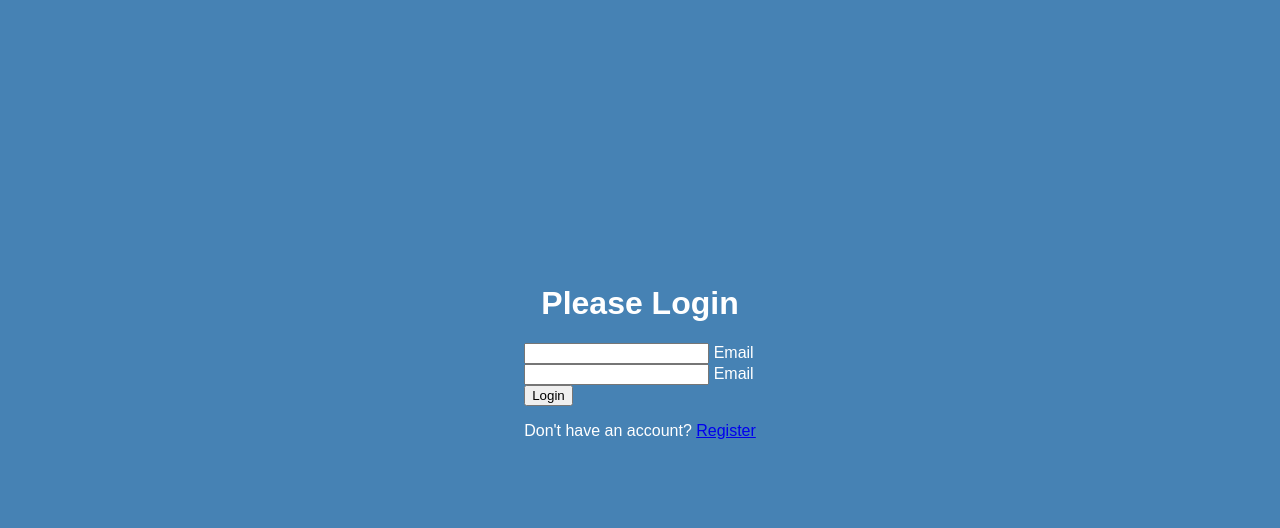
Repository: eagle-tex/50-projects-BT
Page: 08-form-wave-animation/index.html
An editor plug-in stored every save of this project. The page is shown before and after the next save, followed by the edit.
The browser window is 1280 px wide. The pictures show the whole page.
Some web fonts or font styles are not loaded; a fallback is used.

Above is the page before, as saved 2021-01-07 23:20:23.

### 08-form-wave-animation/index.html
<!DOCTYPE html>
<html lang="en">

<head>
  <meta charset="UTF-8" />
  <meta name="viewport" content="width=device-width, initial-scale=1.0" />
  <link rel="stylesheet" href="style.css" />
  <title>Form Input Wave</title>
</head>

<body>
  <h1>Please Login</h1>
  <form action="">
    <div class="form-control">
      <input type="text" required>
      <label for="">Email</label>
    </div>

    <div class="form-control">
      <input type="text" required>
      <label for="">Email</label>
    </div>

    <button class="btn">Login</button>

    <p class="text">Don't have an account?
      <a href="#">Register</a>
    </p>
  </form>

  <script src="script.js"></script>
</body>

</html>

### 08-form-wave-animation/style.css
@import url('https://fonts.googleapis.com/css?family=Muli&display=swap');

* {
  box-sizing: border-box;
}

body {
  background-color: steelblue;
  color: #fff;
  font-family: 'Muli', sans-serif;
  display: flex;
  flex-direction: column;
  align-items: center;
  justify-content: center;
  height: 100vh;
  overflow: hidden;
  margin: 0;
}

.container {
  background-color: rgba(0, 0, 0, 0.4);
  padding: 20px 40px;
  border-radius: 5px;
  -webkit-border-radius: 5px;
  -moz-border-radius: 5px;
  -ms-border-radius: 5px;
  -o-border-radius: 5px;
}

.container h1 {
  text-align: center;
  margin-bottom: 30px;
}

Loaded but not shown: 08-form-wave-animation/script.js (no stored copy; drawn as an empty file)

After the next save:
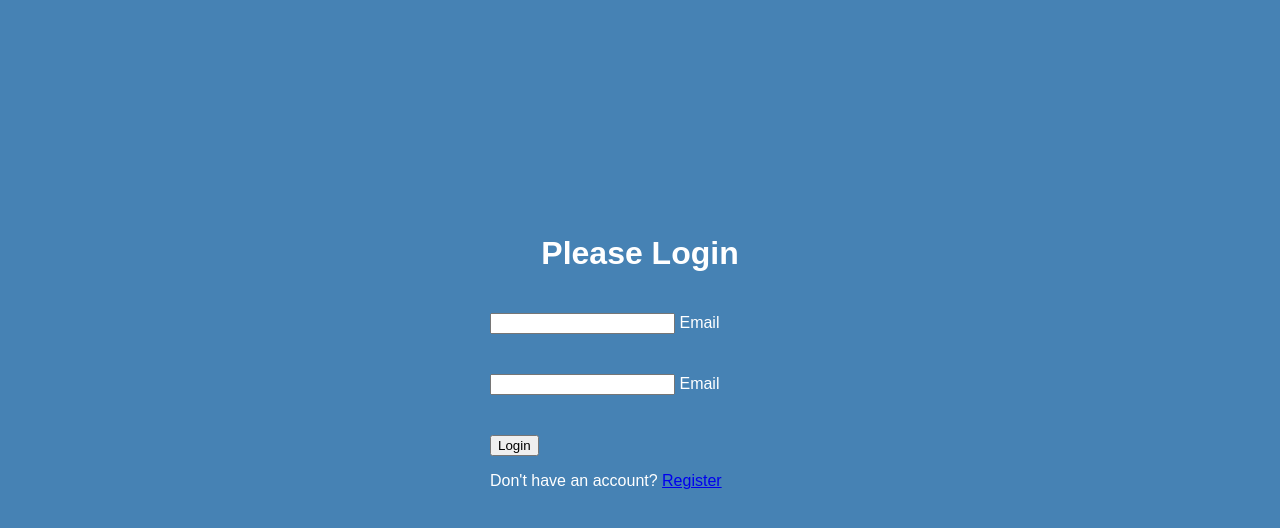
Saved 51 s later.
--- a/08-form-wave-animation/style.css
+++ b/08-form-wave-animation/style.css
@@ -31,3 +31,16 @@ body {
   text-align: center;
   margin-bottom: 30px;
 }
+
+.container a {
+  text-decoration: none;
+  color: lightblue;
+}
+
+.form-control {
+  position: relative;
+  margin: 20px 0 40px;
+  width: 300px;
+}
+
+.form-controle input;
